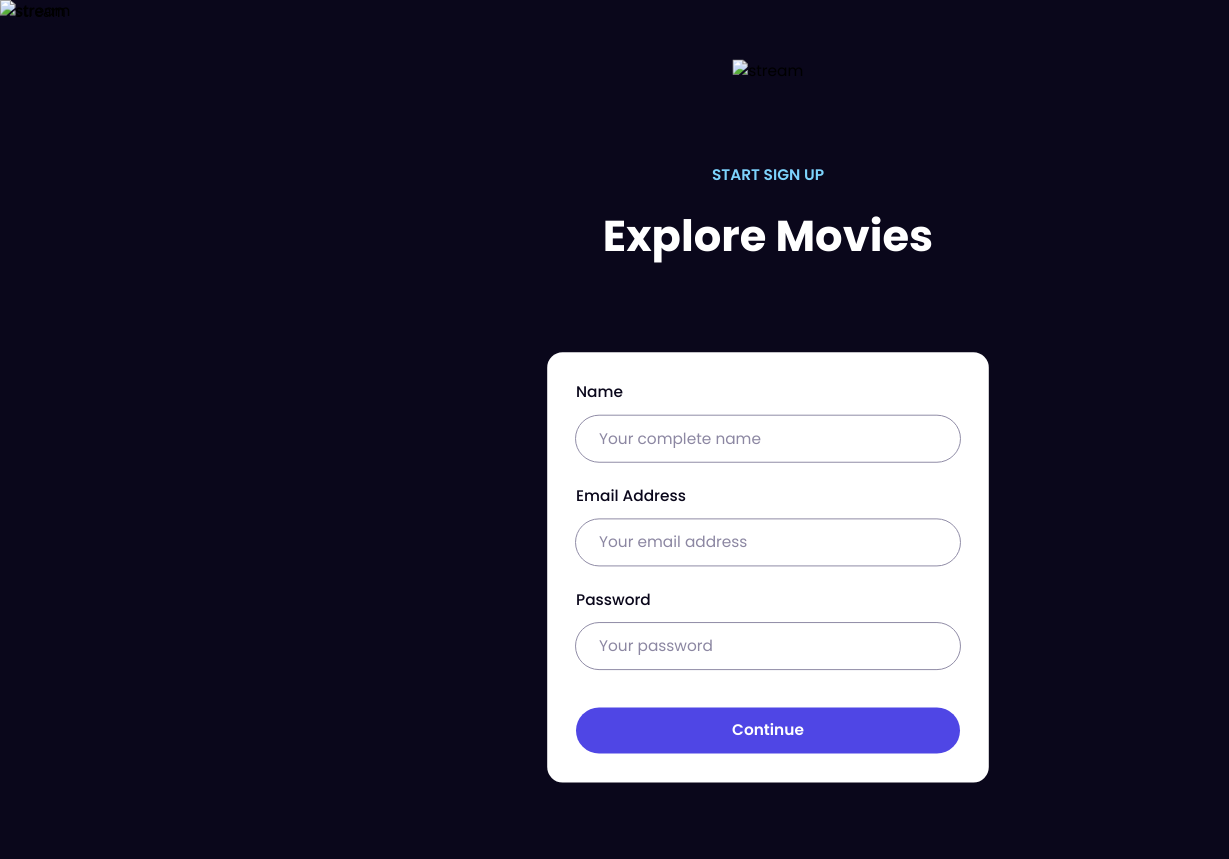
Repository: wijayakusuma-dev/stream-app
Page: http://localhost/register
These files come from the project's save history. The page is drawn as it stood at one moment and after the next save; the edit follows.
The browser window is 1280 px wide. The pictures show the whole page, at 96% of full size.
Some web libraries are served in a nearby version. The page is served by the project's Laravel application, run on PHP 8.4 with Laravel 9. Other server files are loaded and not shown.

Above is the page before, as saved 2023-02-07 11:53:47.

### routes/web.php
<?php

use Illuminate\Support\Facades\Route;
use App\Http\Controllers\Admin\LoginController;
use App\Http\Controllers\Admin\MovieController;
use App\Http\Controllers\Member\RegisterController;
use App\Http\Controllers\Admin\TransactionController;

/*
|--------------------------------------------------------------------------
| Web Routes
|--------------------------------------------------------------------------
|
| Here is where you can register web routes for your application. These
| routes are loaded by the RouteServiceProvider within a group which
| contains the "web" middleware group. Now create something great!
|
*/

Route::get('admin/login', [LoginController::class, 'index'])->name('admin.login');
Route::post('admin/login', [LoginController::class, 'authenticate'])->name('admin.login.auth');

Route::group(['prefix' => 'admin', 'middleware' => ['admin.auth']], function () {
    Route::view('/', 'admin.dashboard')->name('admin.dashboard');

    Route::get('logout', [LoginController::class, 'logout'])->name('admin.logout');

    Route::get('transaction', [TransactionController::class, 'index'])->name('admin.transaction');

    Route::group(['prefix' => 'movie'], function() {
        Route::get('/', [MovieController::class, 'index'])->name('admin.movie');
        Route::get('/create', [MovieController::class, 'create'])->name('admin.movie.create');
        Route::post('/store', [MovieController::class, 'store'])->name('admin.movie.store');
        Route::get('/edit/{id}', [MovieController::class, 'edit'])->name('admin.movie.edit');
        Route::put('/update/{id}', [MovieController::class, 'update'])->name('admin.movie.update');
        Route::delete('/destroy/{id}', [MovieController::class, 'destroy'])->name('admin.movie.destroy');
    });
});

Route::view('/', 'index');

Route::get('/register', [RegisterController::class, 'index'])->name('member.register');


// Route::get('/', function () {
//     return view('welcome');
// });

### app/Http/Controllers/Member/RegisterController.php
<?php

namespace App\Http\Controllers\Member;

use App\Http\Controllers\Controller;
use Illuminate\Http\Request;

class RegisterController extends Controller
{
    public function index()
    {
        return view('member.register');
    }

    public function store(Request $request)
    {


    }
}

### resources/views/member/register.blade.php
<!DOCTYPE html>
<html lang="en" class="scroll-smooth">

<head>
    <meta charset="UTF-8">
    <meta http-equiv="X-UA-Compatible" content="IE=edge">
    <meta name="viewport" content="width=device-width, initial-scale=1.0">
    <title>Stream</title>

    <script src="https://cdn.tailwindcss.com"></script>
    <style>
        @import url("https://fonts.googleapis.com/css2?family=Poppins:wght@300;400;500;600;700&display=swap");
    </style>

    <script src="{{ asset('stream/assets/script/tailwind-config.js') }}"></script>
</head>

<body class="bg-stream-dark">

    <div class="relative">
        <div class="hidden lg:block fixed">
            <img src="{{ asset('stream/assets/images/banner.png') }}" class="max-h-screen" alt="stream" />
        </div>
    </div>

    <div class="grid md:grid-cols-12 font-poppins relative pb-20 pt-8 mx-auto max-w-screen overflow-hidden">

        <!-- Ornament -->
        <span class="fixed -z-10 top-0">
            <img src="{{ asset('stream/assets/images/pricing_ornament.svg') }}" class="h-screen w-screen" alt="stream" />
        </span>
        <!-- ./ -->

        <div class="col-span-12 col-start-1 lg:col-start-2 xl:col-start-4">
            <div class="pt-[30px] relative">
                <!-- Logo -->
                <div class=" flex flex-row justify-center items-center">
                    <a href="/index.html" class="block">
                        <img src="{{ asset('stream/assets/images/stream.svg') }}" alt="stream" />
                    </a>
                </div>

                <div class="pt-[85px] flex flex-col items-center gap-5 px-3">
                    <p class="text-sky-300 text-base font-semibold">
                        START SIGN UP
                    </p>
                    <div class="font-bold text-white text-4xl lg:text-[45px] text-center capitalize leading-snug">
                        Explore Movies
                    </div>

                    <!-- Form login -->
                    <section class="w-11/12 max-w-[460px]">
                        <form action="" class="mt-[70px] flex flex-col bg-white p-[30px] rounded-2xl gap-6">
                            <div class="form-input flex flex-col gap-3">
                                <label for="name" class="text-base font-medium text-stream-dark">Name</label>
                                <input type="text"
                                    class="rounded-full py-3 pr-3 pl-6 text-stream-dark placeholder:text-stream-gray placeholder:font-normal font-medium outline outline-stream-gray outline-1 text-base focus:outline-indigo-600 input-stream"
                                    placeholder="Your complete name" />
                            </div>
                            <div class="form-input flex flex-col gap-3">
                                <label for="email" class="text-base font-medium text-stream-dark">Email Address</label>
                                <input type="email"
                                    class="rounded-full py-3 pr-3 pl-6 text-stream-dark placeholder:text-stream-gray placeholder:font-normal font-medium outline outline-stream-gray outline-1 text-base focus:outline-indigo-600 input-stream"
                                    placeholder="Your email address" />
                            </div>
                            <div class="form-input flex flex-col gap-3">
                                <label for="password" class="text-base font-medium text-stream-dark">Password</label>
                                <input type="password"
                                    class="rounded-full py-3 pr-3 pl-6 text-stream-dark placeholder:text-stream-gray placeholder:font-normal font-medium outline-stream-gray outline outline-1 text-base focus:outline-indigo-600 input-stream"
                                    placeholder="Your password" />
                            </div>
                            <a href="pricing.html" class="bg-indigo-600 rounded-full py-3 mt-4 text-center">
                                <span class="font-semibold text-white text-base">Continue</span>
                            </a>
                            <!-- <button type="submit" class="bg-indigo-600 rounded-full py-3 mt-4 text-center">
                                <span class="font-semibold text-white text-base">Continue</span>
                            </button> -->
                        </form>
                    </section>
                </div>
            </div>
        </div>
    </div>

    <script src="https://code.jquery.com/jquery-3.6.0.min.js"
        integrity="sha256-/xUj+3OJU5yExlq6GSYGSHk7tPXikynS7ogEvDej/m4=" crossorigin="anonymous"></script>
    <script src="{{ asset('stream/assets/script/script.js') }}"></script>
</body>

</html>

### public/stream/assets/script/tailwind-config.js
tailwind.config = {
    theme: {
        container: {
            center: true,
            padding: {
                DEFAULT: '1rem',
                md: '2rem',
                lg: '50px',
                xl: '120px'
            }
        },
        fontFamily: {
            poppins: 'Poppins, sans-serif'
        },
        extend: {
            colors: {
                "stream-dark": '#0A071B',
                "stream-gray": '#8C87A2',
                "softpur": '#3D3762',
            }
        }
    }
}

### public/stream/assets/script/script.js
$(document).ready(function () {

    // toggle navbar mobile
    $(".mobile-menu-button").each(function (_, navToggler) {
        var target = $(navToggler).data("target");
        $(navToggler).on("click", function () {
            $(target).animate({
                height: "toggle",
            })
        })
    })

    // user avatar dropdown
    var dd_btn = $(".dropdown-button")
    var dd_stream = $("#dropdown-stream")
    dd_btn.click(function () {
        dd_btn.each(function () {
            if (dd_stream.hasClass("hidden")) {
                dd_stream.removeClass("hidden").addClass("block");
            } else if (dd_stream.hasClass("block")) {
                dd_stream.removeClass("block").addClass("hidden");
            }
        })
    })
})

Loaded but not shown: app/Http/Controllers/Controller.php (common file)

After the next save:
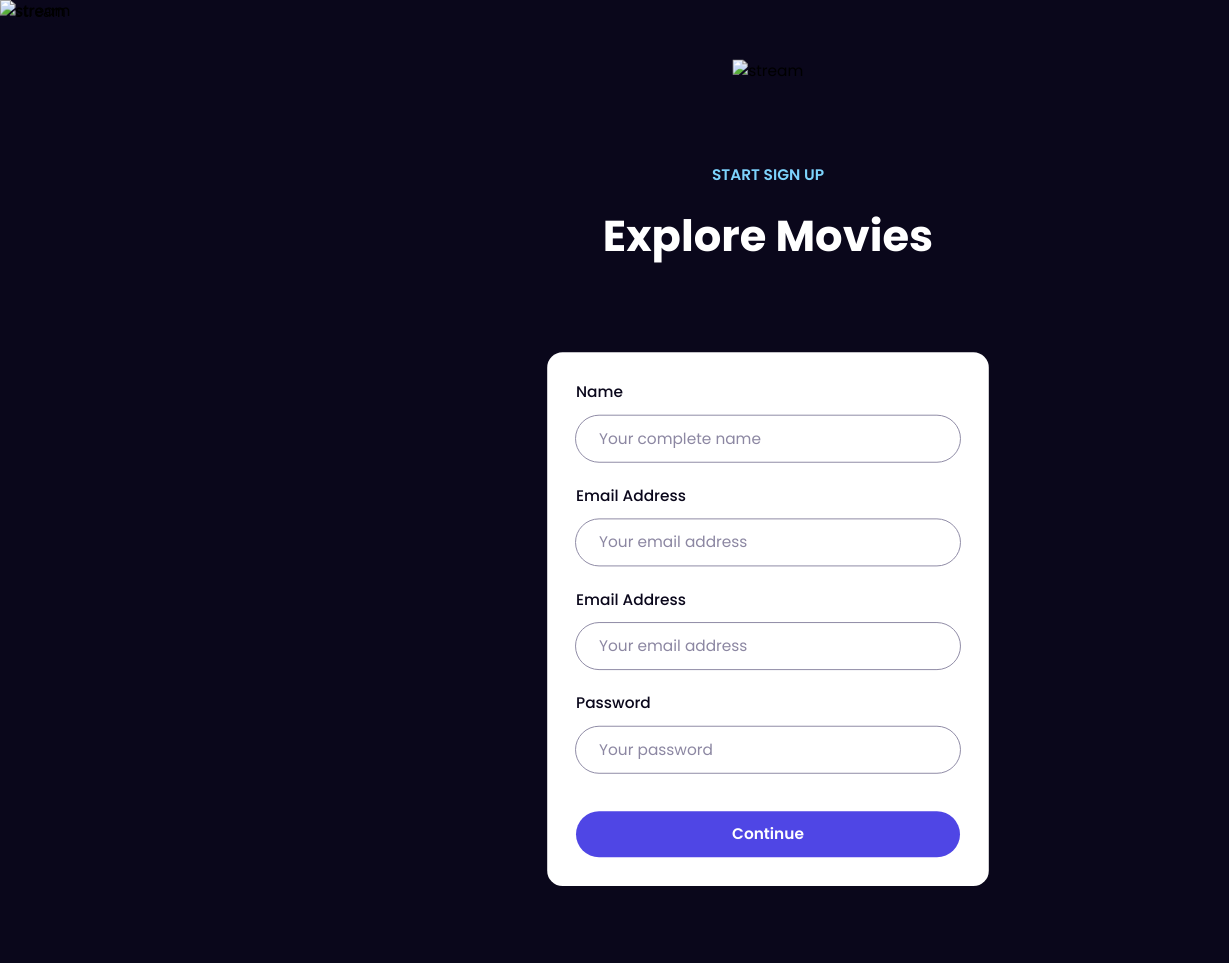
Saved 90 s later.
--- a/resources/views/member/register.blade.php
+++ b/resources/views/member/register.blade.php
@@ -64,6 +64,13 @@
                                     placeholder="Your email address" />
                             </div>
                             <div class="form-input flex flex-col gap-3">
+                                <label for="email" class="text-base font-medium text-stream-dark">Email Address</label>
+                                <input type="email"
+                                    class="rounded-full py-3 pr-3 pl-6 text-stream-dark placeholder:text-stream-gray placeholder:font-normal font-medium outline outline-stream-gray outline-1 text-base focus:outline-indigo-600 input-stream"
+                                    placeholder="Your email address" />
+                            </div>
+
+                            <div class="form-input flex flex-col gap-3">
                                 <label for="password" class="text-base font-medium text-stream-dark">Password</label>
                                 <input type="password"
                                     class="rounded-full py-3 pr-3 pl-6 text-stream-dark placeholder:text-stream-gray placeholder:font-normal font-medium outline-stream-gray outline outline-1 text-base focus:outline-indigo-600 input-stream"
